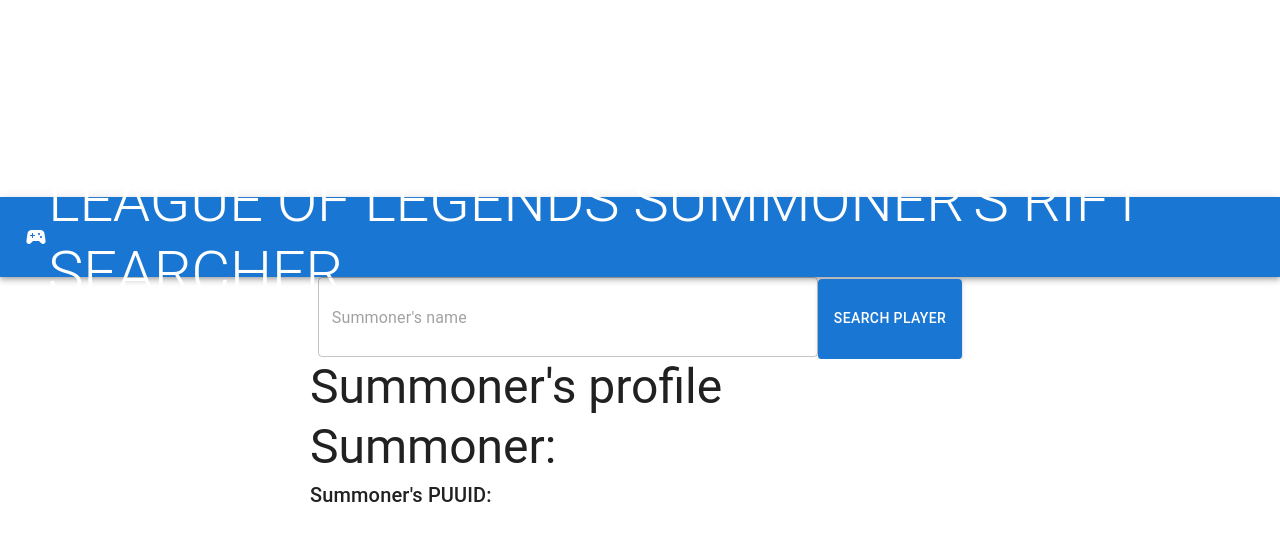
Repository: Mikerr21/League-Of-Legends-API
Page: /
These files come from the project's save history. The page is drawn as it stood at one moment and after the next save; the edit follows.
The browser window is 1280 px wide. The pictures show the whole page.
The page's requests for data from a server got no answer. The project was rebuilt for these pictures with package versions that can differ from the ones it lists, and the page was loaded fresh each time. No one was signed in, and anything a server would have sent is missing.

Above is the page before, as saved 2022-09-24 22:36:57.

After the next save:
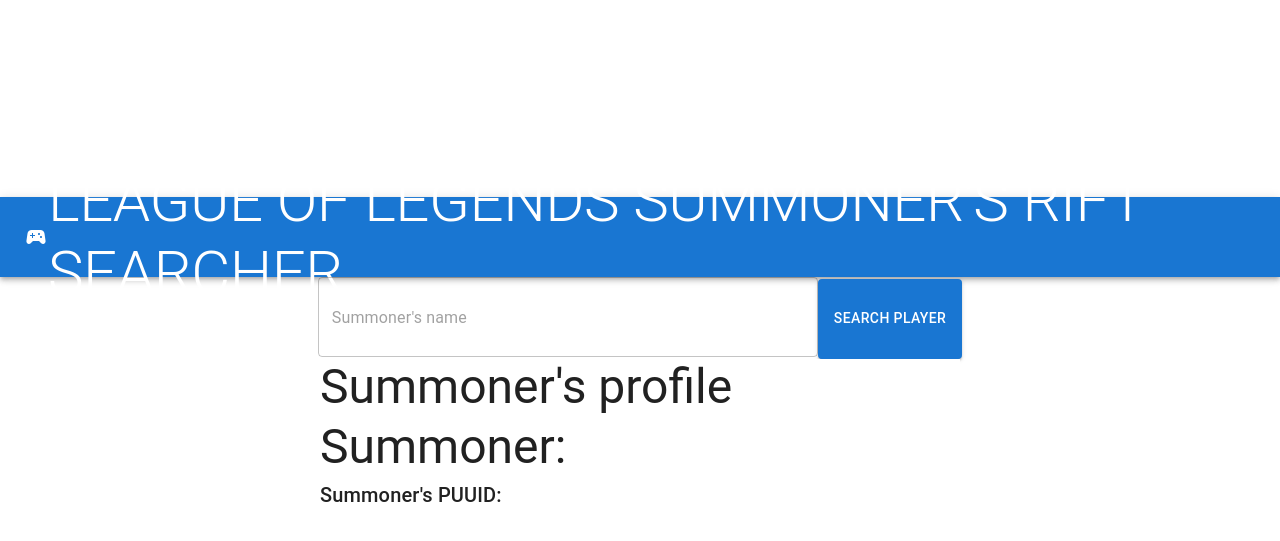
Saved 7 s later.
--- a/src/App.js
+++ b/src/App.js
@@ -88,7 +88,7 @@
         </Box>
 
         <List
-          sx={{ width: "100%", maxWidth: 660, bgcolor: "background.paper" }}
+          sx={{ width: "50%", maxWidth: 660, bgcolor: "background.paper" }}
           component="nav"
           aria-labelledby="nested-list-subheader"
           subheader={<Typography variant="h3">Summoner's profile</Typography>}
